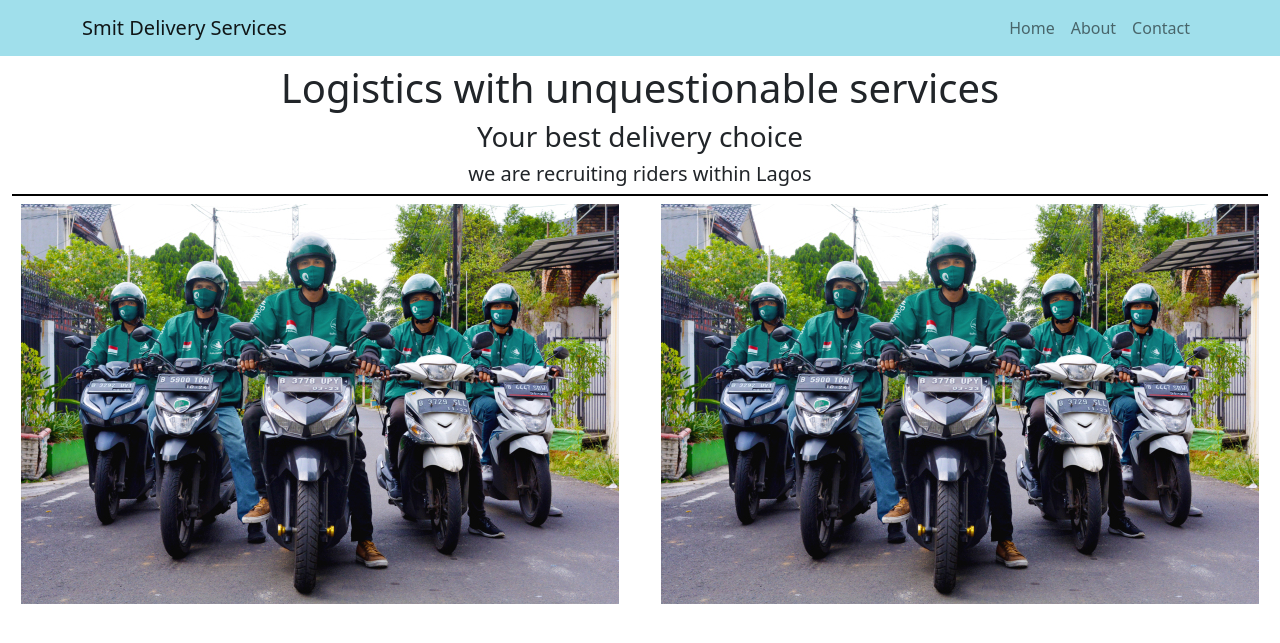
Repository: smit1298/logistic
Page: /
An editor plug-in stored every save of this project. The page is shown before and after the next save, followed by the edit.
The browser window is 1280 px wide. The pictures show the whole page.
The project was rebuilt for these pictures with package versions that can differ from the ones it lists, and the page was loaded fresh each time.

Above is the page before, as saved 2021-10-04 03:21:28.

### public/index.html
<!DOCTYPE html>
<html lang="en">
  <head>
    <meta charset="utf-8" />
    <link rel="icon" href="%PUBLIC_URL%/favicon.ico" />
    <meta name="viewport" content="width=device-width, initial-scale=1" />
    <meta name="theme-color" content="#000000" />
    <meta
      name="description"
      content="Web site created using create-react-app"
    />
    <link rel="apple-touch-icon" href="%PUBLIC_URL%/logo192.png" />

    <link rel="manifest" href="%PUBLIC_URL%/manifest.json" />

    <title>Smit Delivery Services</title>
  </head>
  <body>
    <noscript>You need to enable JavaScript to run this app.</noscript>
    <div id="root"></div>

  </body>
</html>

### src/App.js
// import './App.css';
import Navs from './components/navs/Navs';
import RecruitForm from './components/recruit/RecruitForm';

function App() {
  return (
    <div>
      <Navs />
      <RecruitForm />
    </div>
  );
}

export default App;

### src/components/Navs/Navs.jsx
import React from "react";
import "bootstrap/dist/css/bootstrap.css";
import { Navbar, Container, Nav } from "react-bootstrap";
import './Navs.css'

 const Navs = () => {
  return (
    <div>
      <Navbar id='navbar' bg="light" expand="lg">
        <Container>
          <Navbar.Brand href="#home">Smit Delivery Services</Navbar.Brand>
          <Navbar.Toggle aria-controls="basic-navbar-nav" />
          <Navbar.Collapse id="basic-navbar-nav">
            <Nav className="ms-auto">
              <Nav.Link href="#home">Home</Nav.Link>
              <Nav.Link href="#about">About </Nav.Link>
              <Nav.Link href="#contact">Contact </Nav.Link>
            </Nav>
          </Navbar.Collapse>
        </Container>
      </Navbar>
    </div>
  );
};

export default Navs;

### src/components/recruit/RecruitForm.jsx
import React from "react";
import "bootstrap/dist/css/bootstrap.css";
import { Row, Col } from "react-bootstrap";
import Left from '../images/background.jpg';
import "./RecruitForm.css";

const recruitForm = () => {
  return (
    <div className="container-fluid" id="recruit">
      <div className="mt-2 justify-content-md-center" id="top">
        <h1 className="text-center">Logistics with unquestionable services</h1>
        <h3 className="text-center">Your best delivery choice</h3>
        <h5 className="text-center">we are recruiting riders within Lagos</h5>
      </div>
      <Row className='mt-2'>
        <Col className=' mb-2 ms-auto text-center'><img src={Left} alt="" /></Col>
        <Col className='me-auto text-center'><img src={Left} alt="" /></Col>
      </Row>
    </div>
  );
};
export default recruitForm;

### src/components/Navs/Navs.css
#navbar{
    background-color: rgb(160, 223, 235) !important;
    font-weight: 400 !important;
}

### src/components/recruit/RecruitForm.css
body,
html {
  height: 100% !important;
}

#top {
    border-bottom: 2px solid black;
  /* background-image: url("../images/lorry.jpg"); */
  height: 100% !important;
  background-position: center;
  background-repeat: no-repeat;
  background-size: cover;
  /* border: 1px solid black; */
  /* border-radius: 10px; */
}

Loaded but not shown: src/index.js (common file); src/index.css (common file); src/reportWebVitals.js (common file)

After the next save:
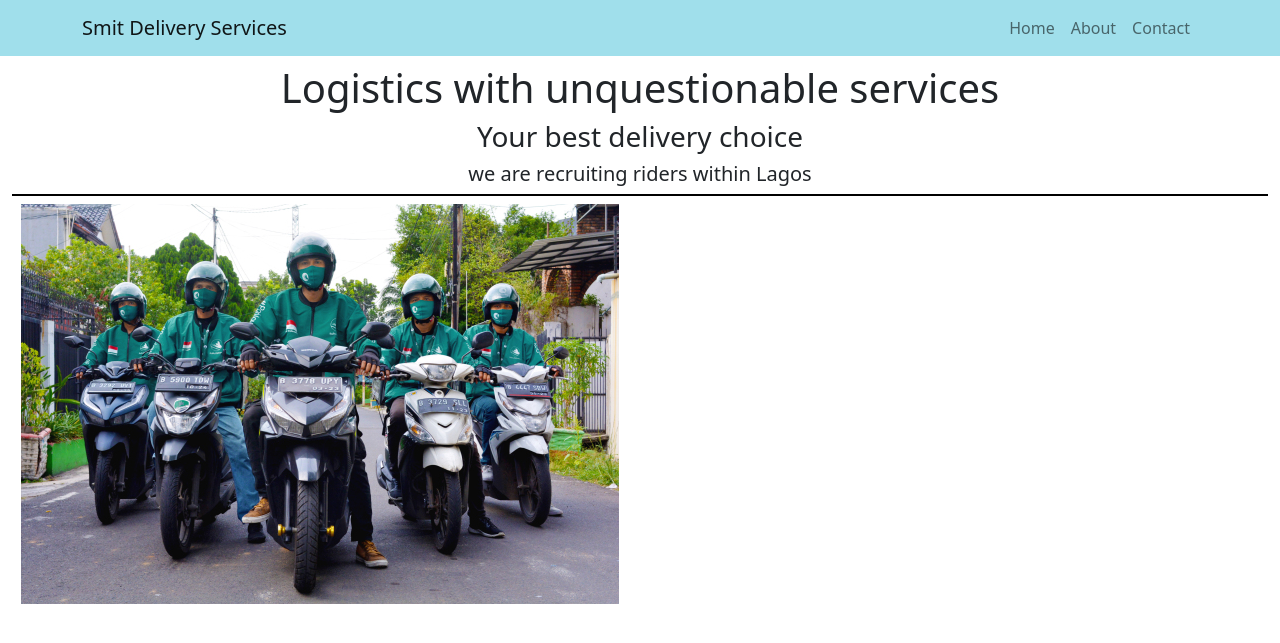
Saved 26 s later.
--- a/src/components/recruit/RecruitForm.jsx
+++ b/src/components/recruit/RecruitForm.jsx
@@ -14,7 +14,7 @@ const recruitForm = () => {
       </div>
       <Row className='mt-2'>
         <Col className=' mb-2 ms-auto text-center'><img src={Left} alt="" /></Col>
-        <Col className='me-auto text-center'><img src={Left} alt="" /></Col>
+        <Col className='me-auto text-center'></Col>
       </Row>
     </div>
   );
